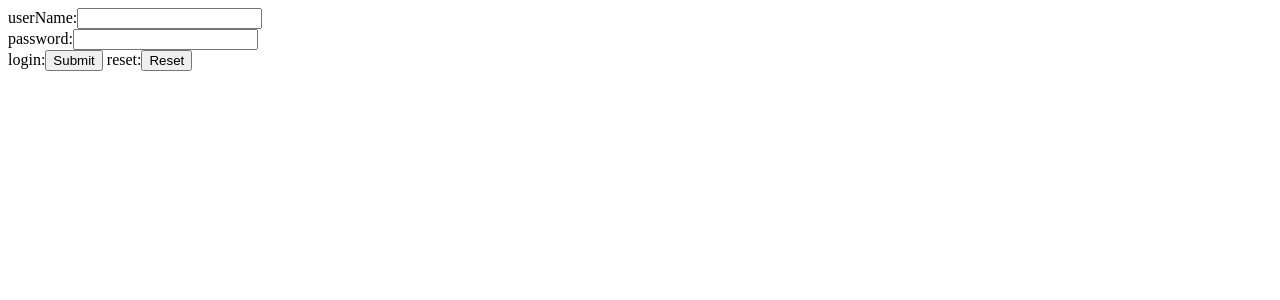
Repository: OnlineWaAndRe/mysql-jsp-examFinal
Page: http://localhost/exam/
These files come from the project's save history. The page is drawn as it stood at one moment and after the next save; the edit follows.
The browser window is 1280 px wide. The pictures show the whole page.
The page is served by Tomcat 9.

Above is the page before, as saved 2019-06-17 08:40:23.

After the next save:
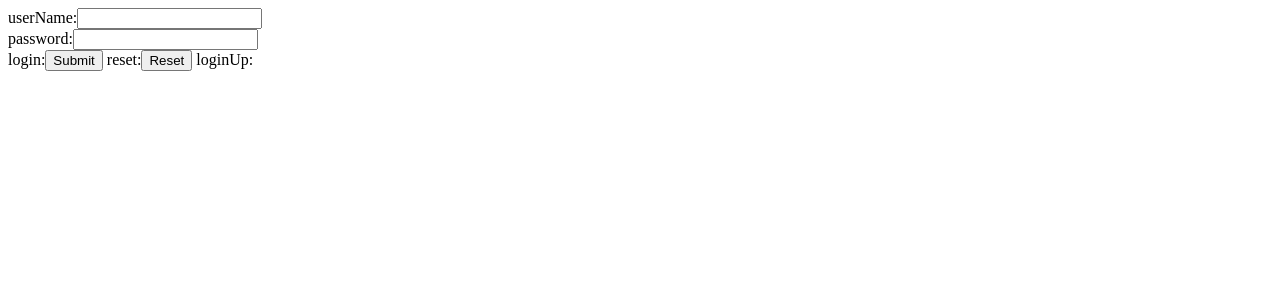
Saved 3 s later.
--- a/exam/WebContent/index.jsp
+++ b/exam/WebContent/index.jsp
@@ -11,6 +11,7 @@
 		userName:<input type = "txt" name = "userName"><br>
 		password:<input type = "password" name = "password"><br>
 		login:<input type = "submit"> reset:<input type = "reset">
+		loginUp:<a href = ""></a>
 	</form>
 </body>
 </html>
